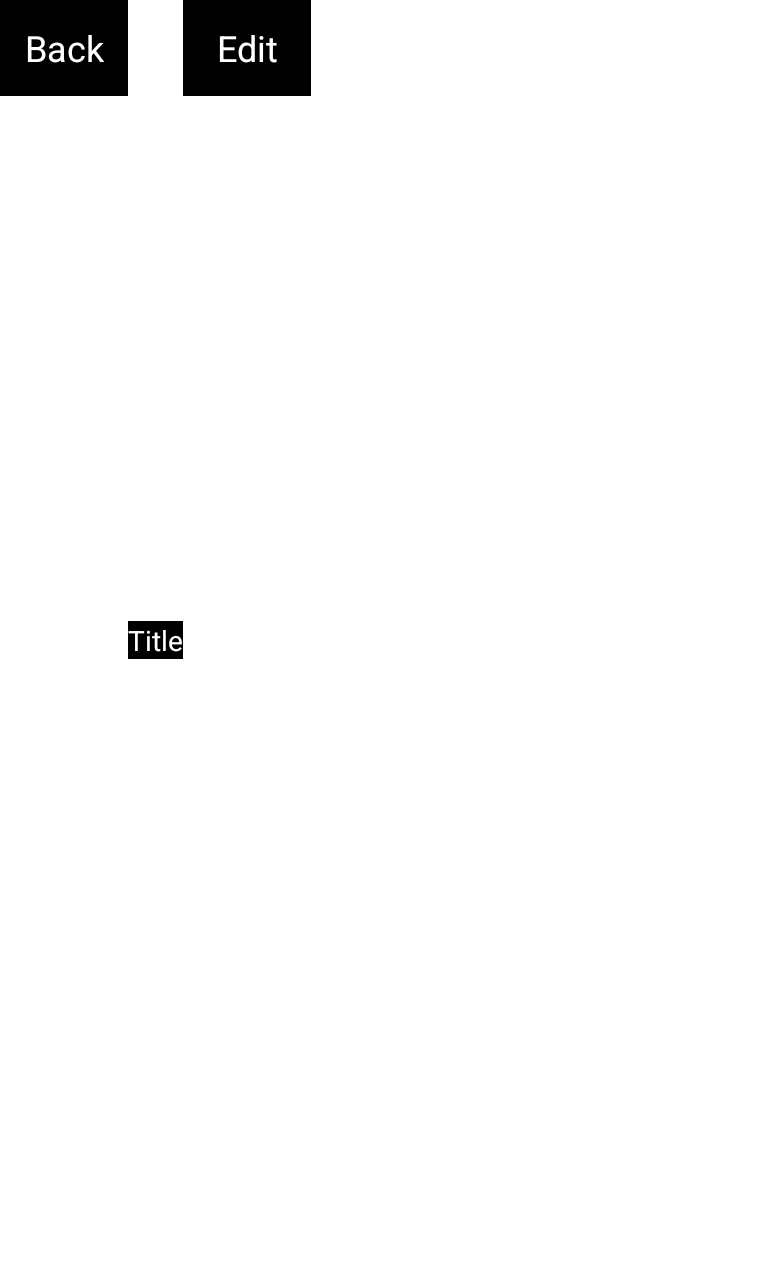
Repository: Ollyder/eclipse_work
Layout: TableLayout/res/layout/title.xml
An editor plug-in stored every save of this project. The layout is shown before and after the next save, followed by the edit.
It is drawn on a 768 x 1280 px phone screen (xhdpi) without system bars, with theme AppTheme; the app's code is not run.

Above is the layout before, as saved 2017-05-28 04:45:11.

### TableLayout/res/layout/title.xml
<?xml version="1.0" encoding="utf-8"?>
<LinearLayout xmlns:android="http://schemas.android.com/apk/res/android"
    android:layout_width="match_parent"
    android:layout_height="wrap_content"
    android:orientation="horizontal" >

    <Button
        android:id="@+id/title_button1"
        android:layout_width="wrap_content"
        android:layout_height="wrap_content"
        android:layout_gravity="left"

        android:background="#000000"
        android:textColor="#ffffff"
        android:text="Back" />

    <TextView
        android:id="@+id/title_text_view1"
        android:layout_width="wrap_content"
        android:layout_height="wrap_content"
        android:layout_gravity="center"

        android:background="#000000"
        android:textColor="#ffffff"
        android:text="Title" />

    <Button
        android:id="@+id/title_button2"
        android:layout_width="wrap_content"
        android:layout_height="wrap_content"
        android:layout_gravity="right"

        android:background="#000000"
        android:textColor="#ffffff"
        android:text="Edit" />

</LinearLayout>

Loaded but not shown: TableLayout/res/values/styles.xml (common file); TableLayout/res/values-v11/styles.xml (common file); TableLayout/res/values-v14/styles.xml (common file)

After the next save:
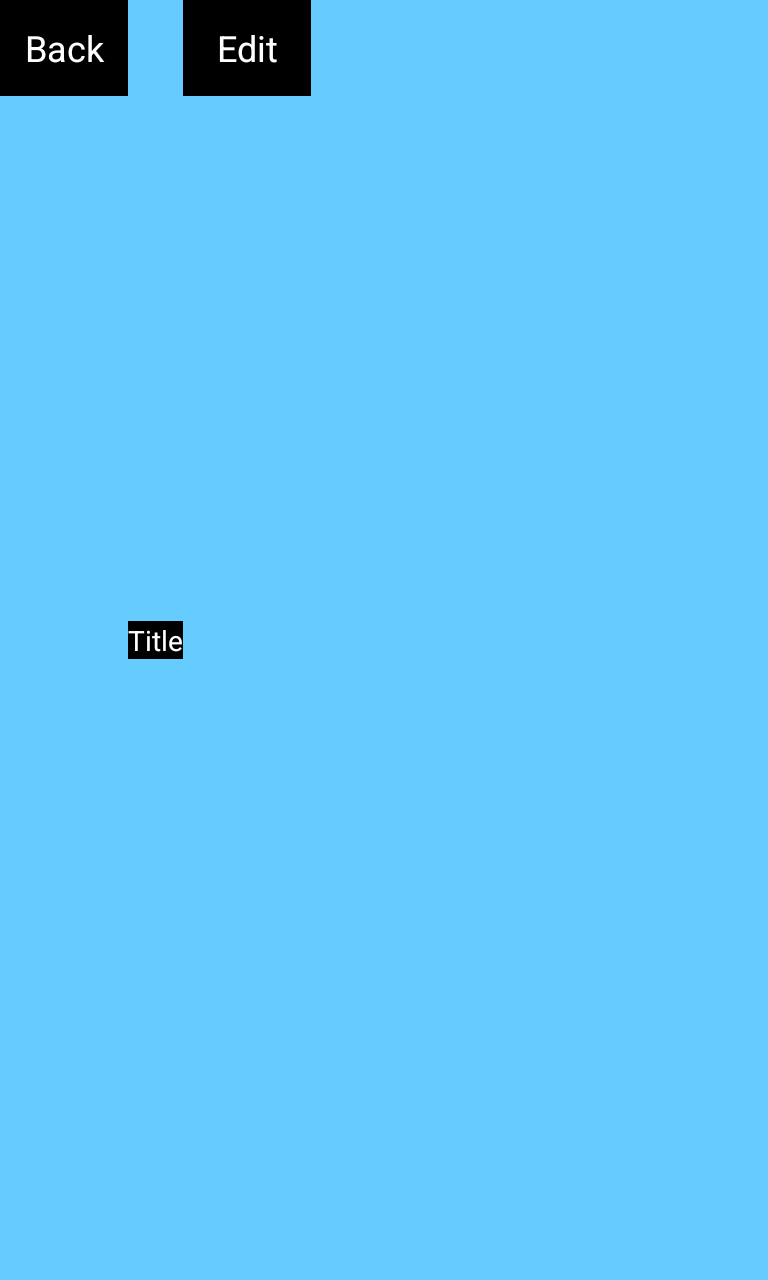
Saved 76 s later.
--- a/TableLayout/res/layout/title.xml
+++ b/TableLayout/res/layout/title.xml
@@ -2,6 +2,7 @@
 <LinearLayout xmlns:android="http://schemas.android.com/apk/res/android"
     android:layout_width="match_parent"
     android:layout_height="wrap_content"
+    android:background="#66ccff"
     android:orientation="horizontal" >
 
     <Button
@@ -9,7 +10,6 @@
         android:layout_width="wrap_content"
         android:layout_height="wrap_content"
         android:layout_gravity="left"
-
         android:background="#000000"
         android:textColor="#ffffff"
         android:text="Back" />
